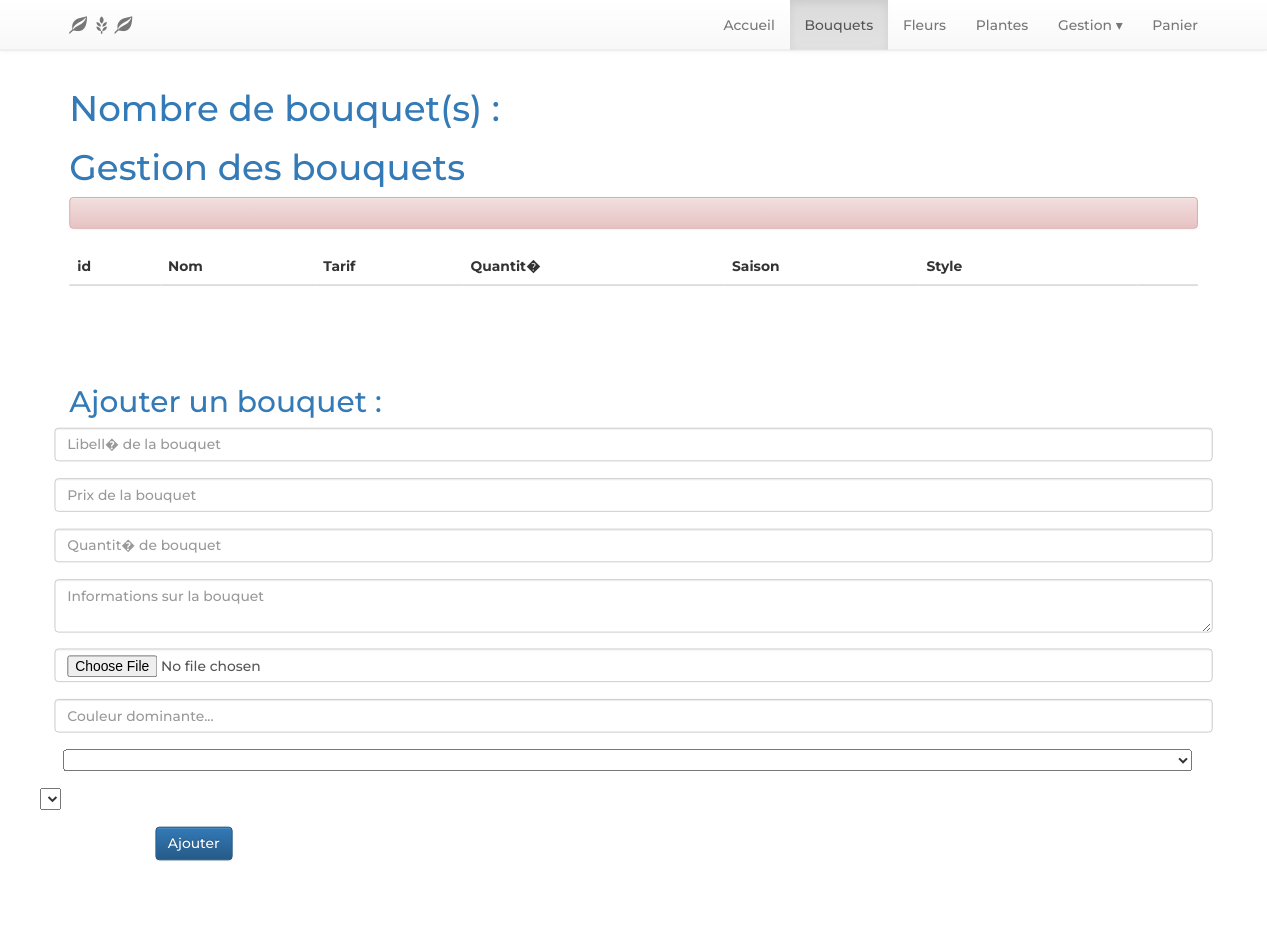
Repository: JeremT8/JavaFleuristeProject
Page: tp-fleuriste/src/main/webapp/bouquets.html
An editor plug-in stored every save of this project. The page is shown before and after the next save, followed by the edit.
The browser window is 1280 px wide. The pictures show the whole page, at 99% of full size.
The page's requests for data from a server got no answer. Some web libraries are served in a nearby version.

Above is the page before, as saved 2022-05-18 10:16:53.

After the next save:
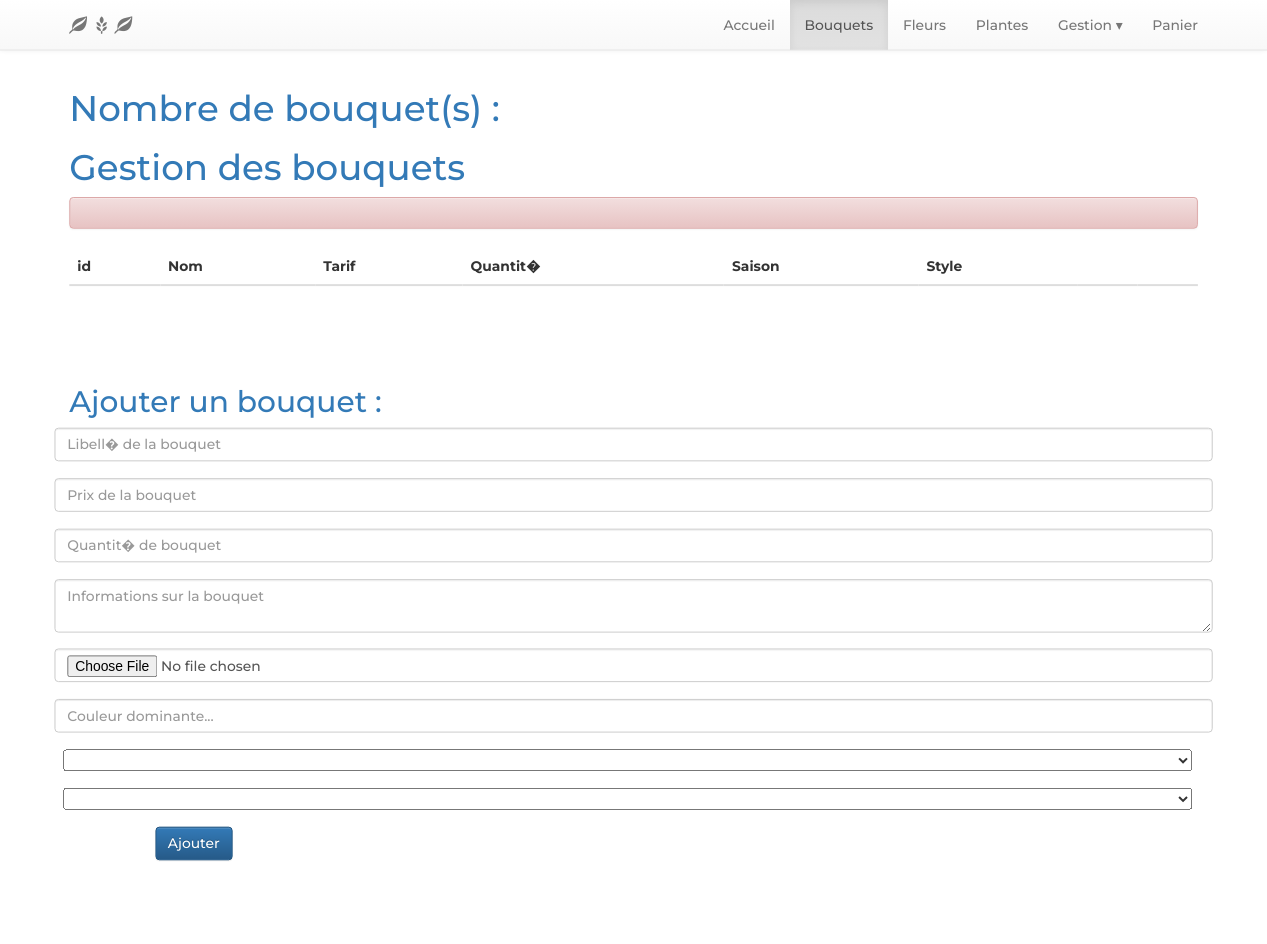
Saved 54 s later.
--- a/tp-fleuriste/src/main/webapp/css/commun.css
+++ b/tp-fleuriste/src/main/webapp/css/commun.css
@@ -79,7 +79,7 @@ a.dropdown-item {
 	margin: 0% 0% 1.2em 0%;
 }
 
-select#saison {
+select#saison, select#style {
 	width: 95%;
 	margin: 0% 2% 0% 2%;
 }
